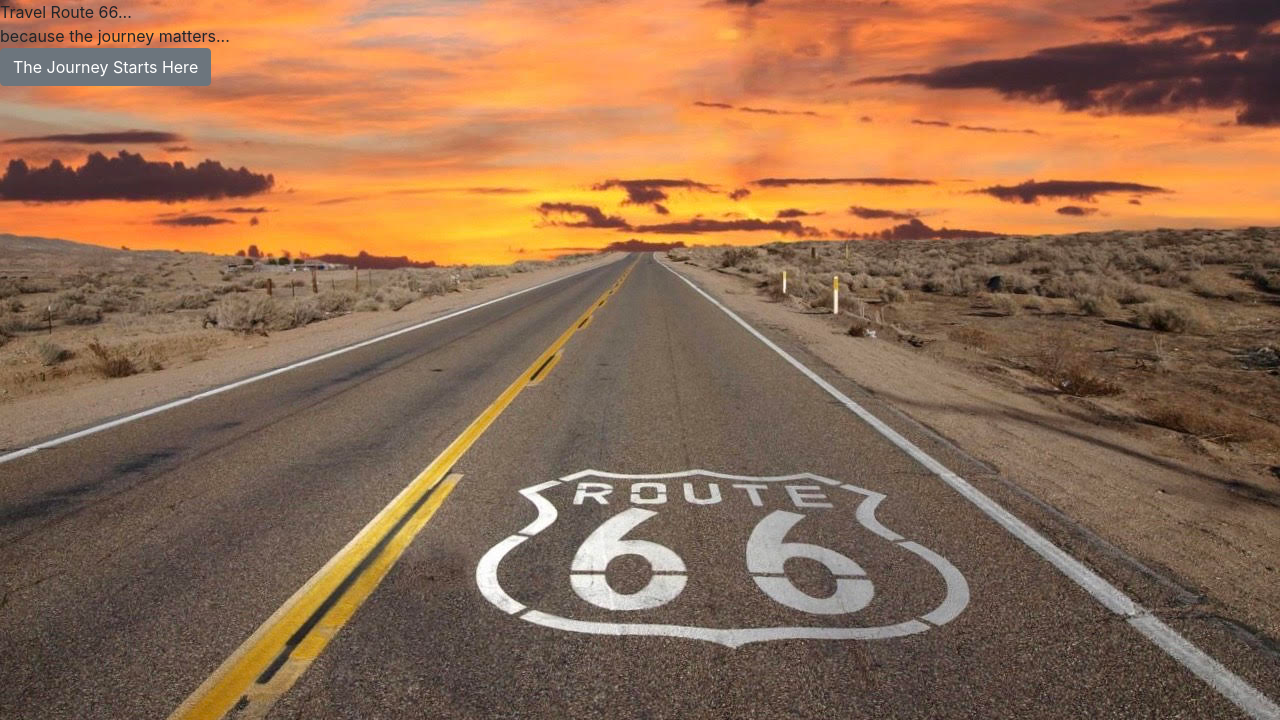
Repository: Code-Institute-Submissions/Javascript-milestone-project-2
Page: home.html
The author's editor kept a record of every edit. The page is drawn from the files as they stood at one moment, then again after the next edit.
The browser window is 1280 px wide. The pictures show the whole page.
Some web fonts or font styles are not loaded; a fallback is used. Some web libraries are served in a nearby version.

Above is the page before.

After the next edit:
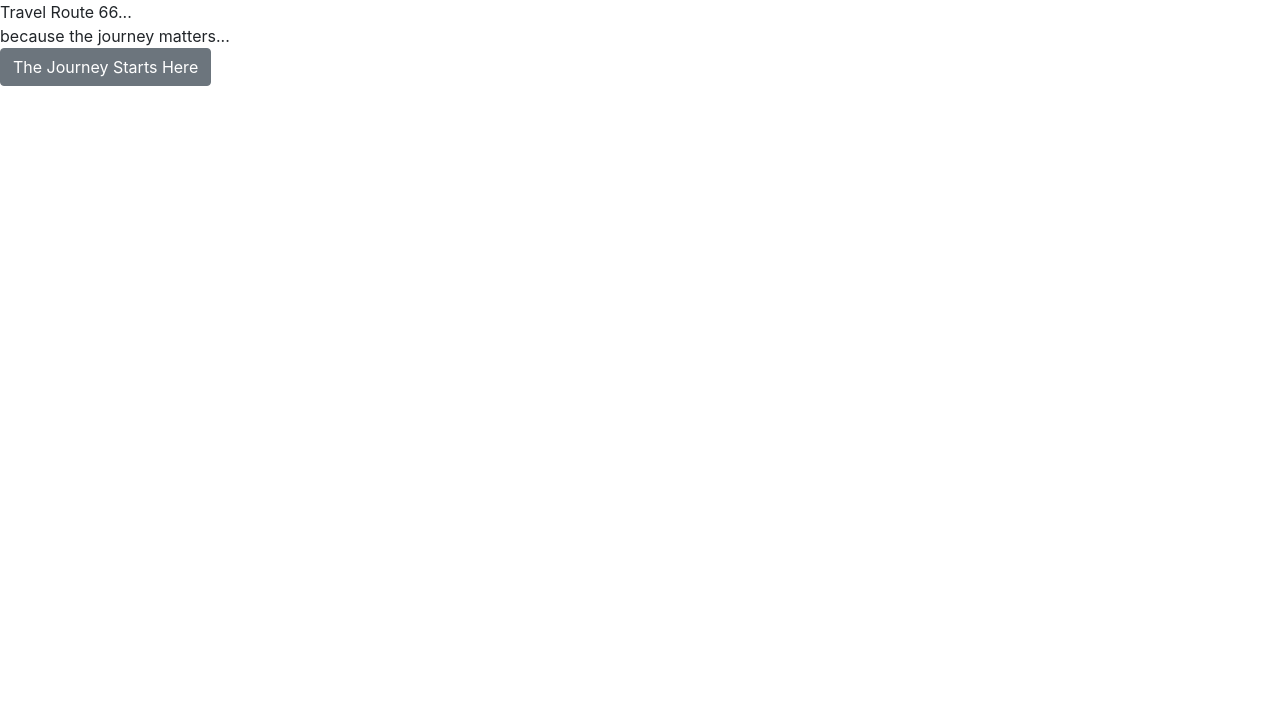
The edit:
--- a/home.html
+++ b/home.html
@@ -22,17 +22,8 @@
 
   </div>
 
-  <div class="homeimage">
 
-  </div>
 
-    <style>
-        body {
-          background-image: url("homebackground.jpg");
-            background-repeat: no-repeat;
-
-        }
-    </style>
 
 
 <script src="https://code.jquery.com/jquery-3.2.1.slim.min.js" integrity="sha384-KJ3o2DKtIkvYIK3UENzmM7KCkRr/rE9/Qpg6aAZGJwFDMVNA/GpGFF93hXpG5KkN" crossorigin="anonymous"></script>
